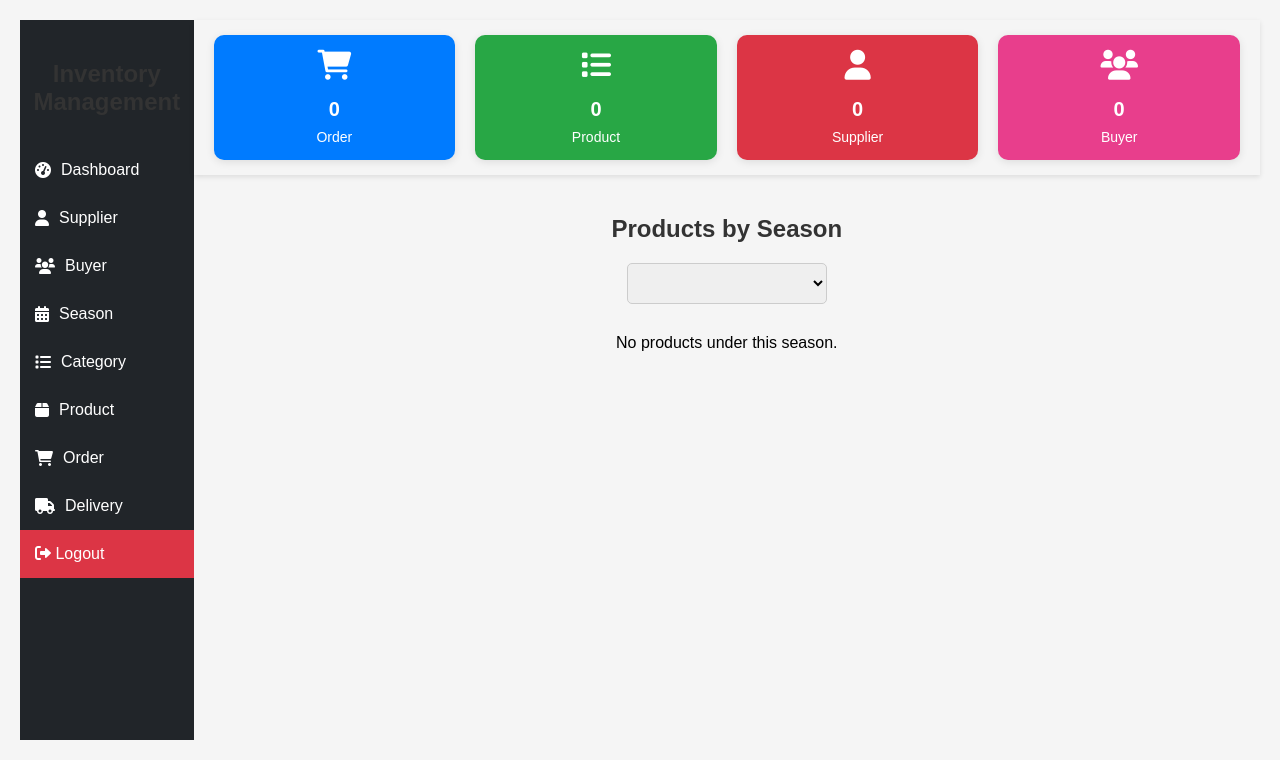
Repository: Fail2/Inventory_Management
Page: http://localhost/accounts/products/by/season/
An editor plug-in stored every save of this project. The page is shown before and after the next save, followed by the edit.
The browser window is 1280 px wide. The pictures show the whole page.
The page is served by the project's application, run on Django 5.2 (inventory_management/manage.py). Queries for data that is not in the repository find no rows.

Above is the page before, as saved 2025-05-02 11:35:06.

After the next save:
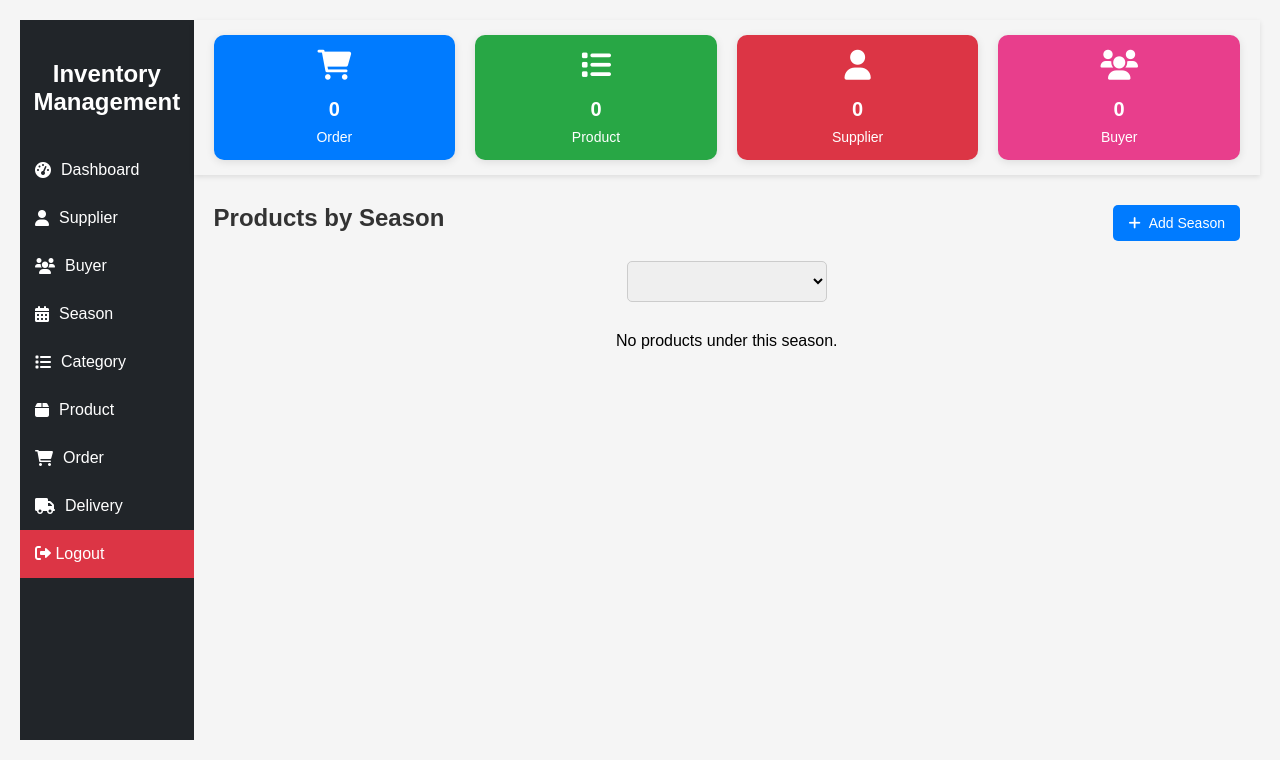
Saved 4 min 15 s later.
--- a/inventory_management/accounts/templates/accounts/grouped_product_list.html
+++ b/inventory_management/accounts/templates/accounts/grouped_product_list.html
@@ -1,6 +1,6 @@
 {% extends 'accounts/admin_base.html' %}
 {% block title %}Products by {{ group_by|title }}{% endblock %}
-
+{%load custom_tags}
 {% block extra_css %}
 <link rel="stylesheet" href="https://cdnjs.cloudflare.com/ajax/libs/font-awesome/6.0.0/css/all.min.css">
 <style>
@@ -11,10 +11,36 @@
         padding: 20px;
     }
 
-    h2 {
-        text-align: center;
+    .header {
+        display: flex;
+        justify-content: space-between;
+        align-items: center;
+        flex-wrap: wrap;
         margin-bottom: 20px;
+    }
+
+    .header h2 {
+        margin: 0;
+        font-size: 24px;
         color: #333;
+    }
+
+    .add-btn {
+        display: inline-flex;
+        align-items: center;
+        gap: 8px;
+        background: #007bff;
+        color: white;
+        padding: 10px 15px;
+        border-radius: 5px;
+        text-decoration: none;
+        font-size: 14px;
+        transition: background 0.3s ease;
+        margin-top: 10px;
+    }
+
+    .add-btn:hover {
+        background: #0056b3;
     }
 
     .dropdown-form {
@@ -135,23 +161,36 @@
     }
 
     @media (max-width: 500px) {
-        .product-card {
-            font-size: 14px;
+        .header {
+            flex-direction: column;
+            align-items: flex-start;
+            gap: 10px;
+        }
+
+        .dropdown-form select {
+            width: 100%;
         }
 
         .product-card img {
             height: 140px;
         }
-
-        .dropdown-form select {
-            width: 100%;
-        }
     }
 </style>
 {% endblock %}
 
 {% block content %}
-<h2>Products by {{ group_by|title }}</h2>
+<div class="header">
+    <h2>Products by {{ group_by|title }}</h2>
+    {% if group_by == 'category' %}
+        <a href="{% url 'add_group' 'category' %}" class="add-btn">
+            <i class="fas fa-plus"></i> Add Category
+        </a>
+    {% elif group_by == 'season' %}
+        <a href="{% url 'add_group' 'season' %}" class="add-btn">
+            <i class="fas fa-plus"></i> Add Season
+        </a>
+    {% endif %}
+</div>
 
 <form method="get" class="dropdown-form">
     <select name="group_id" onchange="this.form.submit()">
